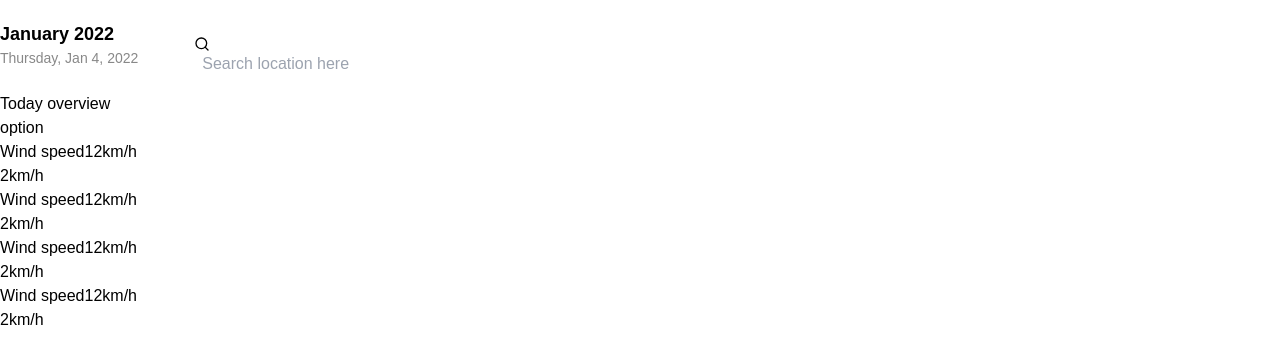
Repository: theweirdboiz/datawarehouse-ui
Page: /
The author's editor kept a copy of each file at every save. The page is drawn from the files as they stood at one save, then again after the next save.
The browser window is 1280 px wide. The pictures show the whole page.
The project was rebuilt for these pictures with package versions that can differ from the ones it lists, and the page was loaded fresh each time. Also part of the build but not shown: vite.config.js.

Above is the page before, as saved 2022-11-23 16:05:06.

After the next save:
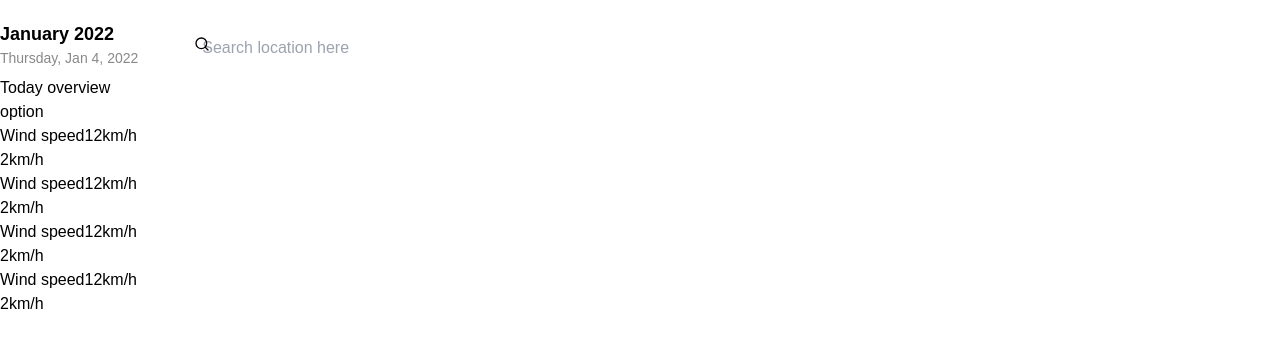
Saved 37 s later.
--- a/src/App.jsx
+++ b/src/App.jsx
@@ -13,8 +13,8 @@ function App() {
               <h3 className={date}>January 2022</h3>
               <div className={detailDate}>Thursday, Jan 4, 2022</div>
             </div>
-            <div className="content__search p-4 flex-1">
-              <FiSearch />
+            <div className="content__search p-4 flex-1 relative">
+              <FiSearch className="absolute" />
               <input
                 className="ml-2 w-full"
                 type="text"
